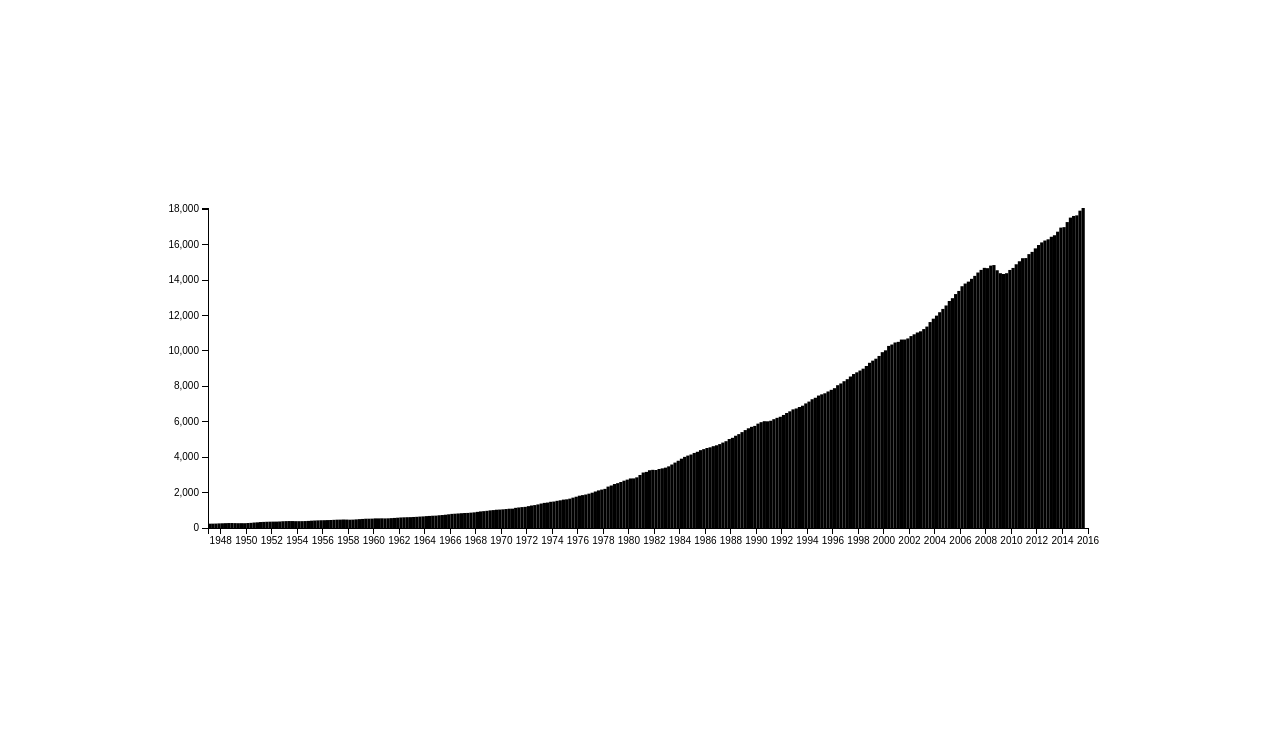
Repository: zizhang-AI/d3-barChart
Page: hello-world.html
The author's editor kept a record of every edit. The page is drawn from the files as they stood at one moment, then again after the next edit.
The browser window is 1280 px wide. The page is 1288 px wide, then 1280 px, then 1288 px, so the pictures cover 1288 px, including what lies to the right of the window. The pictures show the whole page.

Above is the page before.

After the next edit:
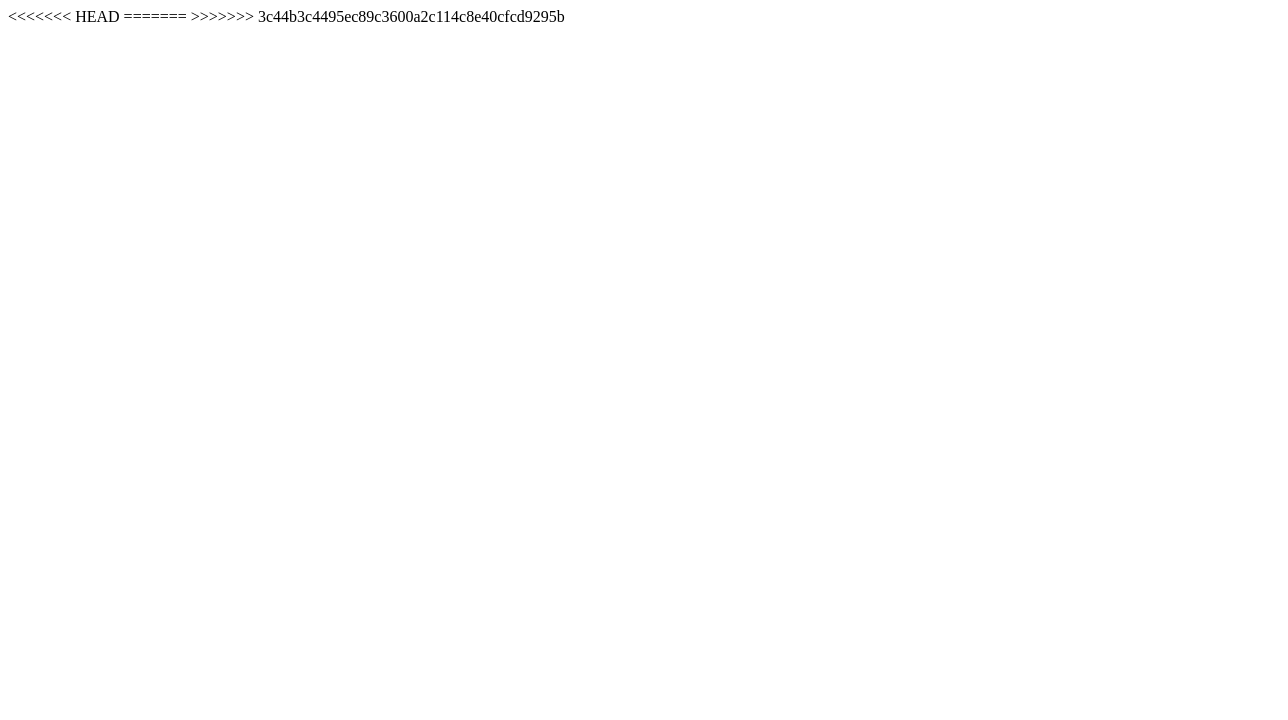
Console error: SyntaxError: Unexpected token '<<'
The edit:
--- a/hello-world.html
+++ b/hello-world.html
@@ -20,6 +20,10 @@
 	<script type="text/javascript" src="d3.min.js" charset="utf-8"></script>
 	<script type="text/javascript">
 	var data;
+<<<<<<< HEAD
+=======
+
+>>>>>>> 3c44b3c4495ec89c3600a2c114c8e40cfcd9295b
 	d3.json("GDP-data.json", function(error, json) {
 	  if (error) return console.warn(error);
 	  data = json;
@@ -40,9 +44,12 @@
 		let yScale = d3.scale.linear()
 						.domain([d3.max(data.data.map(function (d) {return d[1];})),0])
 						.range([0, height - margin.top - margin.bottom]);
+<<<<<<< HEAD
 		let colorScale = d3.scale.linear()
 						.domain([0,data.data.length*0.33, data.data.length*0.66, data.data.length])
-						.range('#e63946','a8dadc','457b9d','1d3557');
+						.range(['#e63946','#a8dadc','#457b9d','#1d3557']);
+=======
+>>>>>>> 3c44b3c4495ec89c3600a2c114c8e40cfcd9295b
 		let svg = d3.select('body')
 						.append('svg')
 						.attr({
@@ -73,7 +80,9 @@
 				.attr('class','bar')
 				.attr('x',function(d){return xScale(d[0]);})
 				.attr('y', function(d){return height - margin.top - margin.bottom;})
+<<<<<<< HEAD
 				.attr('fill', function(d,i){return colorScale(i);})
+
 				.attr('width',(width - margin.left - margin.right)/data.data.length)
 				.attr('height',0);
 		///since the bar is drawn from top to bottom, you need to transition two properties.
@@ -84,8 +93,16 @@
 			.delay(function(d, i) {return i*2;})
 			.attr('height', function(d){return height - yScale(d[1]) - margin.top - margin.bottom;})
 			.attr('y',function(d) {return yScale(d[1]);})
+<<<<<<< HEAD
+=======
+
+>>>>>>> 3c44b3c4495ec89c3600a2c114c8e40cfcd9295b
 	}
 	</script>
 </body>
 
+<<<<<<< HEAD
 </html>
+=======
+</html>
+>>>>>>> 3c44b3c4495ec89c3600a2c114c8e40cfcd9295b

After the 5 edits that followed:
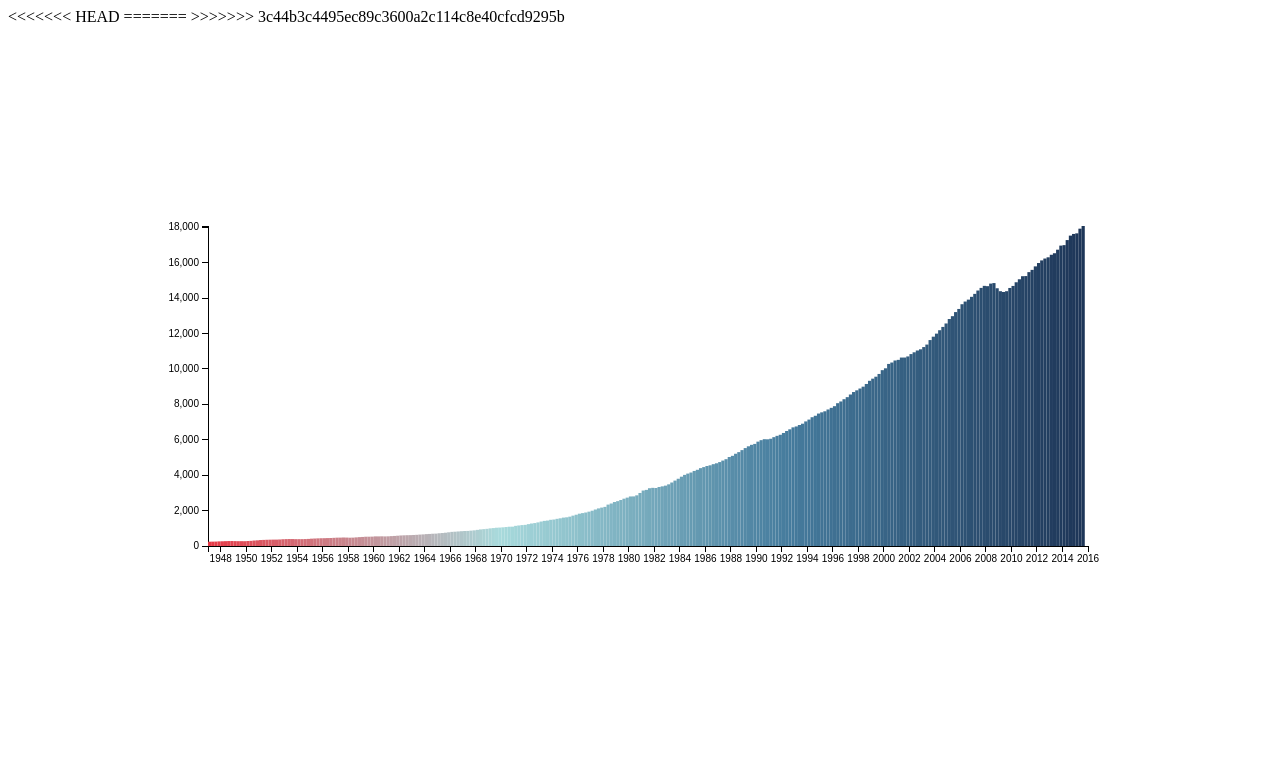
The error is gone.
The 5 edits are shown as one change because 4 left the picture as it was.
The edit:
--- a/hello-world.html
+++ b/hello-world.html
@@ -19,11 +19,7 @@
 <body>
 	<script type="text/javascript" src="d3.min.js" charset="utf-8"></script>
 	<script type="text/javascript">
-	var data;
-<<<<<<< HEAD
-=======
 
->>>>>>> 3c44b3c4495ec89c3600a2c114c8e40cfcd9295b
 	d3.json("GDP-data.json", function(error, json) {
 	  if (error) return console.warn(error);
 	  data = json;
@@ -44,12 +40,10 @@
 		let yScale = d3.scale.linear()
 						.domain([d3.max(data.data.map(function (d) {return d[1];})),0])
 						.range([0, height - margin.top - margin.bottom]);
-<<<<<<< HEAD
 		let colorScale = d3.scale.linear()
 						.domain([0,data.data.length*0.33, data.data.length*0.66, data.data.length])
 						.range(['#e63946','#a8dadc','#457b9d','#1d3557']);
-=======
->>>>>>> 3c44b3c4495ec89c3600a2c114c8e40cfcd9295b
+
 		let svg = d3.select('body')
 						.append('svg')
 						.attr({
@@ -80,9 +74,7 @@
 				.attr('class','bar')
 				.attr('x',function(d){return xScale(d[0]);})
 				.attr('y', function(d){return height - margin.top - margin.bottom;})
-<<<<<<< HEAD
 				.attr('fill', function(d,i){return colorScale(i);})
-
 				.attr('width',(width - margin.left - margin.right)/data.data.length)
 				.attr('height',0);
 		///since the bar is drawn from top to bottom, you need to transition two properties.
@@ -93,10 +85,7 @@
 			.delay(function(d, i) {return i*2;})
 			.attr('height', function(d){return height - yScale(d[1]) - margin.top - margin.bottom;})
 			.attr('y',function(d) {return yScale(d[1]);})
-<<<<<<< HEAD
-=======
 
->>>>>>> 3c44b3c4495ec89c3600a2c114c8e40cfcd9295b
 	}
 	</script>
 </body>
